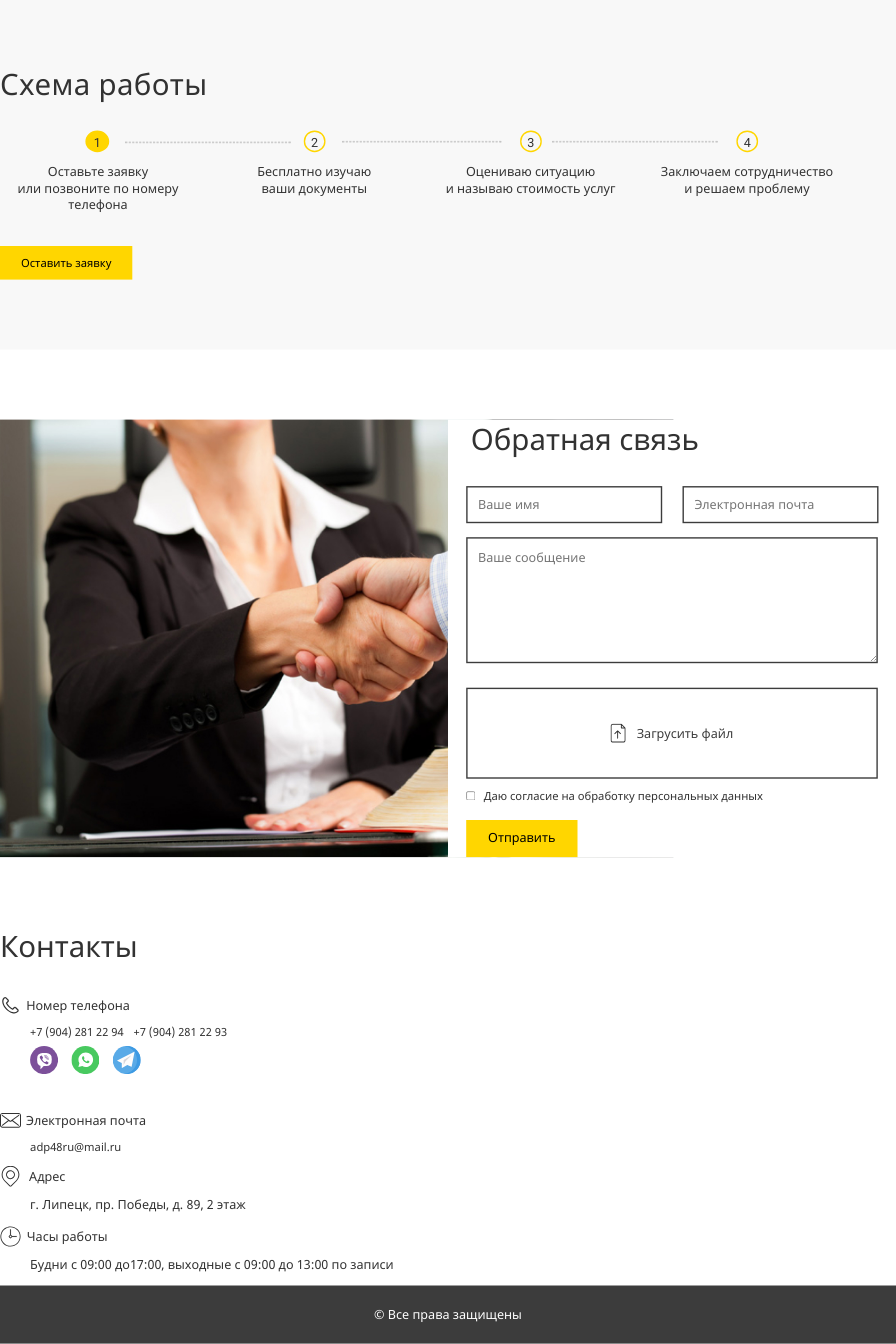
Repository: Nisovaki/antei
Page: http://localhost/
The author's editor kept a copy of each file at every save. The page is drawn from the files as they stood at one save, then again after the next save.
The browser window is 1280 px wide. The pictures show the part of the page from y = 4128 to 6048 px (the page is 6048 px tall before and 6031 px after), at 70% of full size.
The page is run by PHP 8.4 with error messages shown; the project is at /var/www/html/. Style sheets and scripts are compiled from the project's sources, by tool versions that may differ from the author's.

Above is the page before, as saved 2022-03-19 11:16:54.

### index.html
<!DOCTYPE html>
<html lang="ru">
<head>
	<meta charset="UTF-8">
	<meta http-equiv="X-UA-Compatible" content="IE=edge">
	<meta name="viewport" content="width=1440"/>
	<link rel="stylesheet" href="css/style.css">
	<link rel="preconnect" href="https://fonts.googleapis.com">
	<link rel="preconnect" href="https://fonts.gstatic.com" crossorigin>
	<link href="https://fonts.googleapis.com/css2?family=Roboto&display=swap" rel="stylesheet">
	<title>Услуги юриста</title>
</head>
<body>
	<navbar class="navbar">
		<div class="container">
			<div class="navbar-block">
				<ul class="navbar-list">
					<li class="navbar-item"><a href="#" class="navbar-link">Услуги</a></li>
					<li class="navbar-item"><a href="#" class="navbar-link">Банкротство граждан</a></li>
					<li class="navbar-item"><a href="#" class="navbar-link">Схема работы</a></li>
					<li class="navbar-item"><a href="#" class="navbar-link">Обратная связь</a></li>
				</ul>
				<div class="navbar-tel"><a href="tel:+79042812294" class="navbar-link">+7 (904) 281 22 94</a></div>
				<div class="navbar-address">г. Липецк, пр. Победы, д. 89</div>
			</div>
   </div>
	</navbar>

	<header class="header">
		<div class="container">
			<div class="header-block">
				<h1 class="header-block__title">Услуги юриста</h1>
				<div class="header-block__text">
					Ведение дел осуществляется как по г. Липецку, так и по его Области, возможно дистанционное составление документов
					в других городах
				</div>

				<ul class="header-block__list">
					<li class="icons header-block__item"><span class="icons__check"> Бесплатная консультация</span></li>
					<li class="icons header-block__item"><span class="icons__check"> Для клиентов пенсионного возраста скидки</span></li>
					<li class="icons header-block__item"><span class="icons__check"> Банкротство граждан, скидки для людей со&nbsp;льготами</span></li>
					<li class="icons header-block__item"><span class="icons__check"> В некоторых случаях возможно списать задолжность без подачи заявления на&nbsp;банкротство гарждан</span></li>
				</ul>

				<button class="button header__button">Решить проблему</button>
			</div>
		</div>
	</header>

	<section class="biography">
		<div class="container">
			<div class="author">
				<div class="author-img">
					<img src="img/biography/author.png" alt="Фотография: Богословский Дмитрий Михайлович" class="biography-author">
				</div>
				<div class="author-block">
					<h2 class="title biography-title">Богословский Дмитрий Михайлович</h2>
					<div class="biography-block">
						<div class="biography-subtitle"><span class="biography-subtitle__elipse"></span> Окончил МОУ ВО</div>
						<div class="biography-text">В 2015 году окончил МОУ ВО «Институт правa<br>и экономики» по специальности Юриспруденция,<br> с
							присвоением квалификации Юрист</div>
						<div class="biography-subtitle"><span class="biography-subtitle__elipse"></span> Работал в налоговой службе</div>
						<div class="biography-text">Работал в инспекции федеральной налоговой службе, суде, паралельно осваивая процедуру
							банкротства физических лиц</div>
						<div class="biography-subtitle"><span class="biography-subtitle__elipse"></span> Имею опыт в процедуре банкротства
						</div>
						<div class="biography-text">Имею опыт списания долгов по процедуре банкротства в арбитражном суде, с присвоением
							статуса банкрота</div>
					</div>
				</div>
			</div>
		</div>
	</section>
	<section class="services">
		<div class="container">
			<h2 class="title services__title">Услуги</h2>
			<div class="services-block">
				<div class="services-block__item">
					<h3 class="services-block__title">Гражданские дела</h3>
					<ul class="services-block__list">
						<li class="icons services-block__cell">Гражданские споры</li>
						<li class="icons services-block__cell">Банкротство физических лиц</li>
						<li class="icons services-block__cell">Жилищные и трудовые споры</li>
						<li class="icons services-block__cell">Споры по кредитам частичное списание (индивидуально)</li>
						<li class="icons services-block__cell">Страховые вопросы</li>
						<li class="icons services-block__cell">Возмещение морального вреда, (составление претензий, жалоб, исковых заявлений, представительство в суде)</li>
					</ul>
				</div>

				<div class="services-block__item">
					<h3 class="services-block__title">Административные и&nbsp;арбитражные дела</h3>
					<ul class="services-block__list">
						<li class="icons services-block__cell">Споры, возникающие с органами испольнительной власти</li>
						<li class="icons services-block__cell">Досудебный порядок регулирования</li>
						<li class="icons services-block__cell">Составление претензий, жалоб, искового заявления</li>
						<li class="icons services-block__cell">Ознакомление с материалами дела</li>
						<li class="icons services-block__cell">Представительство в судах</li>
					</ul>
				</div>

				<div class="services-block__item">
					<h3 class="services-block__title">Банкротство физических лиц</h3>
					<p class="services-block__text">К сожалению, гражданам не всегда удаётся своевременно погасить образовавшиеся задолженности<br> по многим причинам — потеря<br>
					работы, заболевание, требующее срочного лечения и т.д., однако<br> выход есть всегда, это Банкротство физичсекого лица</p>
					<a href="#" class="services-block__link">Узнать подробнее
						<img src="img/services/arrow.svg" alt="стрелка" class="services-block__img-1">
						<img src="img/services/arrow.svg" alt="стрелка" class="services-block__img-2">
					</a>
				</div>
			</div>
			<div class="services__wrapper">
				<button class="button services__button"><a href="#" class="services__button-link">Обратиться за помощью</a></button>
			</div>
		</div>
	</section>

	<section class="algorithm">
		<div class="container">
			<div class="algorithm-block">
				<div class="algorithm-block__item-1">
					<h2 class="title algorithm-block__title">Наш алгоритм действий</h2>
					<ol class="algorithm-block__list">
						<li class="algorithm-block__cell algorithm-block__cell-color"><div class="algorithm-block__element"></div> Изучение дела</li>
						<li class="algorithm-block__cell"><div class="algorithm-block__element"></div> Выработка стратегии</li>
						<li class="algorithm-block__cell"><div class="algorithm-block__element"></div> Претензионная работа</li>
						<li class="algorithm-block__cell"><div class="algorithm-block__element"></div> Подготовка пиьменной позиции</li>
						<li class="algorithm-block__cell"><div class="algorithm-block__element"></div> Наложение обеспечительных мер</li>
						<li class="algorithm-block__cell"><div class="algorithm-block__element"></div> Сбор доказательств</li>
						<li class="algorithm-block__cell"><div class="algorithm-block__element"></div> Представление интересов клиента в суде</li>
						<li class="algorithm-block__cell"> В случае обжалования решения суда первой инстанции — подготовка апелляционной и&nbsp;кассационной жалобы</li>
					</ol>
				</div>
				<div class="algorithm-block__item-2"><img src="img/algorithm/algorithm-img.jpg" alt="img: algorithm-block__img" class="algorithm-block__img"></div>
			</div>
		</div>
	</section>

	<section class="smash">
		<div class="container">
			<h2 class="title smash__title">Банкротство граждан</h2>
			<p class="smash__text">Это прозрачный и законный способ списания долгов (кредитов, займов, микрозаймов, долговых расписок) для гражданина,
			который регулируется Федеральным законом «О несостоятельности (банкротстве)»<br> от 26.10.2002 N 127-ФЗ (последняя редакция)</p>

			<div class="smash-wrapper">
				<div class="smash-wrapper__item smash-wrapper__item--indent-1">
					<div class="smash-wrapper__num">1</div>
					<div class="smash-wrapper__title">Консультация</div>
					<div class="smash-wrapper__text">Квалифицированные специалисты с многолетним опытом, помогают клиенту соориентироваться необходима ли для него процедура
					банкротства, каковы плюсы и минусы, есть ли ограничения,<br>каков предполагаемый результат на стадии<br> анализа.
  					</div>
				</div>

				<div class="smash-arrow__right"><img src="img/smash/arrow_right.svg" alt="arrow_right"></div>

				<div class="smash-wrapper__item smash-wrapper__item--indent-2">
					<div class="smash-wrapper__num">2</div>
					<div class="smash-wrapper__title">Составление перечьня докуметов</div>
					<div class="smash-wrapper__text">Составление необходимого перечьня документов, при необходимости восстановления справок, договоров, для предоставления
					юристу, при составлении Заявление о признании должника несостоятельным (банкротом), с пошаговым объяснением клиенту, для
					чего тот или иной абзац.
					</div>
				</div>

				<div class="smash-arrow__bottom"><img src="img/smash/arrow_bottom .svg" alt="arrow_bottom"></div>

				<div class="smash-wrapper__item smash-wrapper__item--indent-3">
					<div class="smash-wrapper__num">3</div>
					<div class="smash-wrapper__title">Подача заявления</div>
					<div class="smash-wrapper__text">Подача заявления в Арбитражный суд и представительство его интересов в суде по<br> данному делу, процедура списания долгов,
					при которой можно вздохнуть спокойно и<br> наслаждаться жизнью.
					</div>
				</div>
			</div>
			<!-- /.smash-wrapper -->
		</div>
		<!-- /. container -->
	</section>

	<section class="scheme">
		<div class="container">
			<h2 class="title scheme__title">Схема работы</h2>
			<div class="scheme-wrapper">
				<div class="scheme-wrapper__item">
					<div class="scheme-wrapper--dotted-1"></div>
					<div class="scheme-wrapper__num scheme-wrapper__num--color">1</div>
					<p class="scheme-wrapper__text">Оставьте заявку <br>или позвоните по номеру телефона</p>
				</div>
				<!-- /.scheme-wrapper__item -->
				<div class="scheme-wrapper__item">
					<div class="scheme-wrapper--dotted-2"></div>
					<div class="scheme-wrapper__num scheme-wrapper__num-2">2</div>
					<p class="scheme-wrapper__text">Бесплатно изучаю <br>ваши документы</p>
				</div>
				<!-- /.scheme-wrapper__item -->
				<div class="scheme-wrapper__item">
					<div class="scheme-wrapper--dotted-3"></div>
					<div class="scheme-wrapper__num scheme-wrapper__num-3">3</div>
					<p class="scheme-wrapper__text">Оцениваю ситуацию<br> и называю стоимость услуг</p>
				</div>
				<!-- /.scheme-wrapper__item -->
				<div class="scheme-wrapper__item">
					<div class="scheme-wrapper__num scheme-wrapper__num-4">4</div>
					<p class="scheme-wrapper__text">Заключаем сотрудничество и решаем проблему</p>
				</div>
				<!-- /.scheme-wrapper__item -->
			</div>
			<!-- /.scheme-wrapper -->
			<button class="button scheme__button">Оставить заявку</button>
		</div>
		<!-- /.container -->
	</section>
	<!-- /.scheme -->
    <section class="feedback">
		<div class="container">
			<div class="feedback-block">
				<div class="feedback-block__title">Обратная связь</div>
				<form action="send.php" method="post" class="feedback-form">
					<div class="feedback-input">
						<input type="text" placeholder="Ваше имя" class="feedback__input" name="name">
						<input type="text" placeholder="Электронная почта" class="feedback__input" name="email">
					</div>
					<textarea name="message" placeholder="Ваше сообщение" class="feedback__message"></textarea>
					<div class="feedback__wrapper">
						<input type="file" name="file" type="file" name="file" id="input__file" multiple class="feedback__file">
						<label for="input__file" class="feedback__file-button">
							<span class="feedback__file-button-text">
								<img src="img/feedback/file.svg" alt="файл">
								Загрусить файл
							</span>
						</label>
					</div>
					<div class="feedback__agreemet">
						<input type="checkbox" class="feedback__checkbox">
						<span class="feedback__text">Даю согласие на обработку персональных данных</span>
					</div>
					<button class="feedback__button">Отправить</button>
				</form>
			</div>
		</div>
	</section>

	<footer class="footer">
		<div class="container">
			<div class="footer-contacts">
				<h2 class="title footer__title">Контакты</h2>
				<div class="footer-contacts__item">
					<h3 class="footer-contacts__subtitle footer-contacts__subtitle--ml-1"><img src="img/footer/phone.svg" alt="icon: тефон" class="footer-contacts__icon-1">Номер телефона</h3>
					<a href="tel:+79042812294" class="footer-contacts__phone--ml1">+7 (904) 281 22 94</a>
					<a href="tel:+79042812293" class="footer-contacts__phone--ml2">+7 (904) 281 22 93</a>
					<div class="footer-contacts__block">
						<a href="" target="_blank"><img src="img/footer/viber.svg" alt="icon: viber" class="footer-contacts__icon"></a>
						<a href="" target="_blank"><img src="img/footer/watsapp.svg" alt="icon: watsapp" class="footer-contacts__icon"></a>
						<a href="" target="_blank"><img src="img/footer/telegram.svg" alt="icon: telegram" class="footer-contacts__icon"></a>
					</div>
					<p class="footer-contacts__subtitle footer-contacts__subtitle--ml-2"><img src="img/footer/email.svg" alt="icon: email" class="footer-contacts__icon-2"> Электронная почта</p>
					<a href="mailto:adp48ru@mail.ru" class="footer-contacts__email">adp48ru@mail.ru</a>
					<h3 class="footer-contacts__subtitle footer-contacts__subtitle--ml-3 "><img src="img/footer/map.svg" alt="icon: адрес" class="footer-contacts__icon-3"> Адрес</h3>
					<p class="footer-contacts__text">г. Липецк, пр. Победы, д. 89, 2 этаж</p>
					<h3 class="footer-contacts__subtitle footer-contacts__subtitle--ml-4"><img src="img/footer/clock.svg" alt="icon: режим работы" class="footer-contacts__icon-4"> Часы работы</h3>
					<p class="footer-contacts__text">Будни с 09:00 до17:00, выходные с 09:00 до 13:00 по записи</p>
				</div>

			</div>
			<!-- /.footer-contacts -->
			<div class="footer-map">

			</div>
			<!-- /.footer-map -->
		</div>
			<div class="footer-law">
				<div class="container">
					<p class="footer-law__text">© Все права защищены</p>
				</div>
			</div>

		<!-- /.container -->
	</footer>
	<!-- /.footer -->
</body>
</html>

### sass/style.sass
@import "_normalize.scss"
@import "_variables.sass"
@import "_settings.sass"
@import "_fonts.scss"
@import "block/_navbar.sass"
@import "block/_header.sass"
@import "block/_biography.sass"
@import "block/_services.sass"
@import "block/_algorithm.sass"
@import "block/_smash.sass"
@import "block/_feedback.sass"
@import "block/_footer.sass"
@import "block/_scheme.sass"

### sass/_variables.sass
$dark: #3C3C3C
$light: #FFFFFF
$txt-color: #323232
$btn-color: #FFD600
$fon-color: #F8F8F8
$dashed-color: #BABABA

### sass/_settings.sass
*
	box-sizing: border-box
body
	font-family: "Noto Sans", sans-serif
	font-weight: 400
	color: $txt-color
img
	max-width: 100%
.container
	max-width: 1320px
	margin: auto
.icons
	list-style-image: url(../img/header/Vector.svg)
	&__check
		position: relative
		left: 10px
.button
	padding: 15px 30px
	background-color: $btn-color
	border: none
	cursor: pointer
.title
	font-weight: 500
	font-size: 42px
	line-height: 130%
@media (max-width: 1200px)
	br
		display: none

### sass/_fonts.scss
@font-face {
  font-family: "Noto Sans bold";
  src: url("../fonts/NotoSans-Bold.woff2") format("woff2"),
    url("../fonts/NotoSans-Bold.woff") format("woff");
  font-weight: bold;
  font-style: normal;
  font-display: swap;
}

@font-face {
  font-family: "Noto Sans";
  src: url("../fonts/NotoSans.woff2") format("woff2"),
    url("../fonts/NotoSans.woff") format("woff");
  font-weight: normal;
  font-style: normal;
  font-display: swap;
}

### sass/block/_navbar.sass
.navbar
	display: block
	font-family: 'Roboto', sans-serif
	background-color: $dark
	color: $light
	padding: 37px 0 35px 0
	font-size: 18px
	line-height: 130%
	&-block
		display: flex
		justify-content: space-between
	&-list
		display: flex
		justify-content: space-between
		align-items: center
		margin: 0
		padding: 0
		flex-basis: 46.7%
	&-item
		list-style: none
	&-link
		color: inherit
		text-decoration: none
	&-address
		margin-right: 8.6%
		letter-spacing: 0.4px

### sass/block/_header.sass
.header
	padding: 100px 0
	background: url(../img/header/fon-img.jpg)
	background-repeat: no-repeat
	background-size: contain
	background-position: center right
	position: relative
	&::before
		content: ''
		width: 40.5%
		height: 100%
		position: absolute
		top: 0
		left: 0
		background-color: #ffffff
	&-block
		width: 50%
		position: relative
		margin-right: 50px
		&__list
			margin: 0
			padding: 0
			padding-left: 28px
		&__text
			width: 430px
			font-size: 18px
			line-height: 129%
			margin-bottom: 30px
		&__item
			margin-bottom: 15px
			width: 405px
			font-size: 18px
			line-height: 128%
		&__title
			font-weight: 600
			font-size: 52px
			line-height: 130%
			margin: 0
			margin-bottom: 30px
			letter-spacing: 1.5px
	&__button
		margin-top: 15px
		padding: 16px 29px 17px 31px
		letter-spacing: 1.4px

### sass/block/_biography.sass
.biography
	padding-top: 100px
	background-color: $fon-color
	&-title
		letter-spacing: 0.6px
		width: 475px
		margin: 0
		margin-bottom: 40px
		margin-top: 2px
	&-subtitle
		font-weight: 600
		font-size: 20px
		line-height: 130%
		margin-bottom: 15px
		letter-spacing: 0.5px
		&__elipse
			display: inline-block
			width: 16px
			height: 16px
			background-color: $btn-color
			border-radius: 50%
			margin-right: 9px
	&-text
		font-size: 18px
		line-height: 128%
		width: 487px
		margin-bottom: 30px
.author
	display: flex
	justify-content: flex-end
	&-img
		flex-basis: 45%
		margin-left: 118px
	&-block
		flex-basis: 70%

### sass/block/_algorithm.sass
.algorithm
    padding: 100px 0 70px 0
    background-color: $fon-color
    &-block
        display: flex
        position: relative
        &__item-1
            width: 515px
            margin-left: 103px
        &__title
            width: 382px
            display: inline-block
            margin: 0
            margin-bottom: 40px
            letter-spacing: 0.5px
        &__cell-color
            &::before
                background-color: $btn-color
        &__element
            position: absolute
            top: 33px
            left: 17px
            width: 0px
            height: 34px
            border: 1px dashed $dashed-color
        &__img
            max-width: inherit
ol
    list-style: none
    width: 445px
    font-size: 17px
    font-weight: 400
    padding: 0
    margin: 0
    li
        counter-increment: num
        margin: 0
        padding: 7px 0 35px 44px
        position: relative
        line-height: 125%
        letter-spacing: 0.5px
        &::marker
            display: none
        &::before
            content: counter(num)
            display: inline-block
            position: absolute
            top: 0
            left: 0
            background: #fff
            color: $dark
            text-align: center
            font-size: 18px
            padding: 6px 12px 6px 9px
            border: 1px solid $btn-color
            border-radius: 50%

### sass/block/_footer.sass
.footer
	&__title
		font-style: normal
		font-weight: 500
		font-size: 42px
		line-height: 130%
		margin-top: 0
		margin-bottom: 43px
	&__item
		display: flex
	&-contacts
		&__block
			margin-left: 43px
			margin-top: 10px
		&__subtitle
			display: flex
			justify-content: space-between
			align-items: center
			font-style: normal
			font-weight: 400
			font-size: 18px
			line-height: 130%
			margin-bottom: 14px
			&--ml-1
				width: 14.5%
			&--ml-2
				display: flex
				justify-content: space-between
				align-items: center
				width: 16.3%
			&--ml-3
				width: 7.3%
			&--ml-4
				width: 12%
		&__phone
			font-style: normal
			font-weight: 500
			font-size: 18px
			line-height: 130%
			color: inherit
			text-decoration: none
			margin-bottom: 10px
			&--ml1
				text-decoration: none
				margin-left: 43px
				color: inherit
			&--ml2
				margin-left: 10px
				color: inherit
				text-decoration: none
		&__text
			font-style: normal
			font-weight: 400
			font-size: 18px
			line-height: 130%
			color: inherit
			margin-left: 43px
			margin-top: 0
			margin-bottom: 14px
		&__email
			color: inherit
			text-decoration: none
			margin-bottom: 30px
			margin-left: 43px
		&__icon
			margin-right: 15px
			margin-bottom: 30px
			width: 40px
			height: 40px
		&-map
			margin-bottom: 100px
	&-law
		width: 100%
		height: 83px
		background-color: $dark
		&__text
			text-align: center
			padding-top: 30px
			font-style: normal
			font-weight: 400
			font-size: 18px
			line-height: 130%
			color: $light

### sass/block/_scheme.sass
.scheme
    padding-top: 100px
    padding-bottom: 100px
    background-color: $fon-color
    &__title
        margin: 0
        margin-bottom: 40px
        letter-spacing: 0.5px
    &-wrapper
        position: relative
        display: flex
        justify-content: space-between
        margin-bottom: 30px
        width: 1192px
        &__item
        &__num
            display: flex
            justify-content: center
            font-size: 18px
            line-height: 130%
            width: 13%
            height: 23%
            padding-top: 3px
            margin-left: 46%
            font-family: "Roboto"
            border-radius: 50%
            border: 2px solid $btn-color
            &--color
                background-color: $btn-color
        &__num-2
            margin-left: 47%
            width: 12%
        &__num-3
            margin-left: 47%
            width: 12%
        &__num-4
            margin-left: 47%
            width: 12%
        &__text
            text-align: center
            width: 250px
            font-size: 18px
            line-height: 130%
            margin-left: 15px
            margin-top: 16px
        &--dotted-1
            position: absolute
            top: 16px
            left: 15%
            border: 1px dashed $dashed-color
            width: 236px
            height: 1px
        &--dotted-2
            position: absolute
            top: 15px
            left: 41%
            border: 1px dashed $dashed-color
            width: 227px
            height: 1px
        &--dotted-3
            position: absolute
            top: 15px
            right: 14%
            border: 1px dashed $dashed-color
            width: 236px
            height: 1px

Loaded but not shown: sass/_normalize.scss (common file); img/smash/arrow_right.svg (3 lines, source omitted); img/smash/arrow_bottom .svg (3 lines, source omitted); img/footer/viber.svg (4 lines, source omitted); img/footer/email.svg (11 lines, source omitted); img/footer/clock.svg (4 lines, source omitted); img/footer/map.svg (4 lines, source omitted); img/footer/phone.svg (3 lines, source omitted); img/footer/watsapp.svg (4 lines, source omitted); img/footer/telegram.svg (45 lines, source omitted); img/feedback/file.svg (3 lines, source omitted); img/header/Vector.svg (3 lines, source omitted); img/services/arrow.svg (3 lines, source omitted); sass/block/_feedback.sass (99 lines, source omitted); sass/block/_services.sass (66 lines, source omitted); sass/block/_smash.sass (65 lines, source omitted)

After the next save:
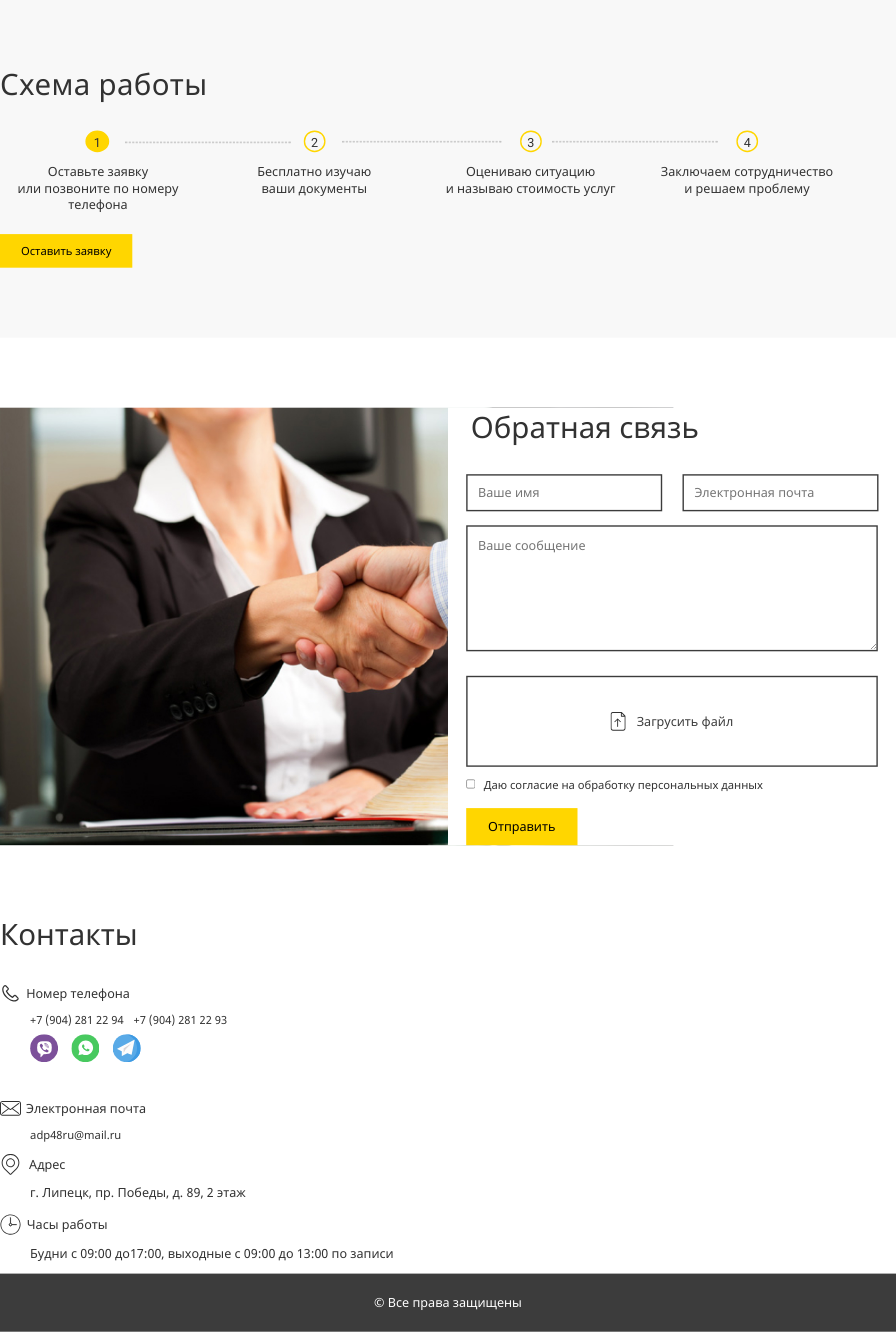
Saved 32 s later.
--- a/sass/block/_scheme.sass
+++ b/sass/block/_scheme.sass
@@ -10,7 +10,7 @@
         position: relative
         display: flex
         justify-content: space-between
-        margin-bottom: 30px
+        margin-bottom: 13px
         width: 1192px
         &__item
         &__num
